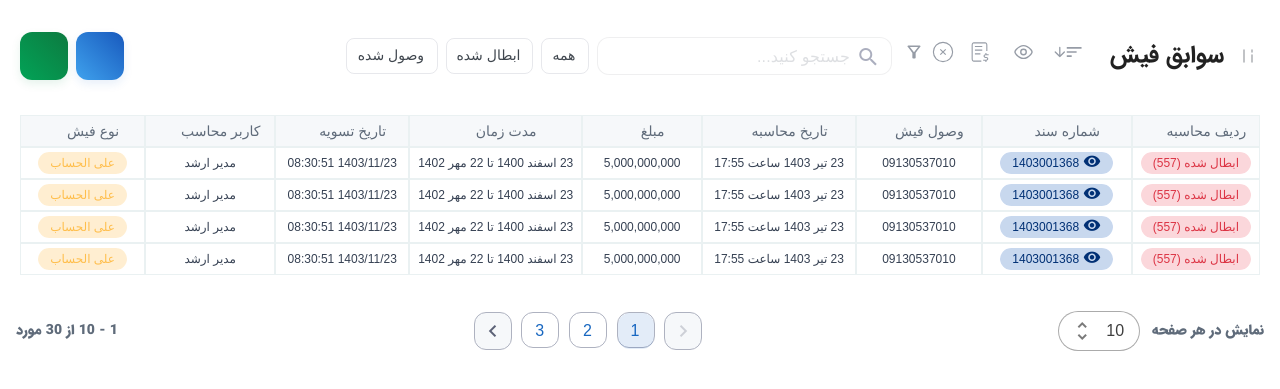
Repository: mobinazarein/data-table
Page: /
The author's editor kept a copy of each file at every save. The page is drawn from the files as they stood at one save, then again after the next save.
The browser window is 1280 px wide. The pictures show the whole page.
Some web fonts or font styles are not loaded; a fallback is used. The project was rebuilt for these pictures with package versions that can differ from the ones it lists, and the page was loaded fresh each time. Also part of the build but not shown: vue.config.js.

Above is the page before, as saved 2025-03-26 11:21:51.

After the next save:
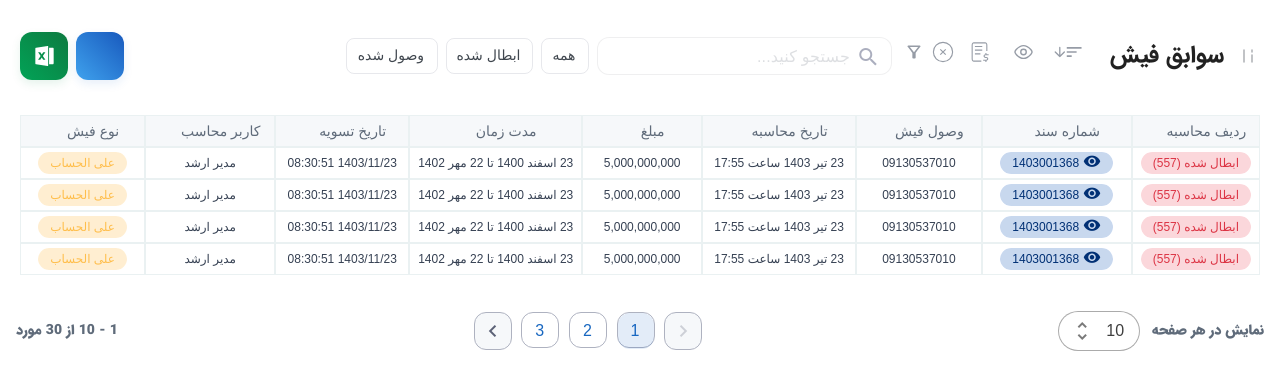
Saved 18 s later.
--- a/src/components/DataTable.vue
+++ b/src/components/DataTable.vue
@@ -107,6 +107,7 @@
 </template>
 <script setup>
 
+import ExcelIcon from '@/assets/Icons/ExcelIcon.vue';
 import { ref, computed } from 'vue';
 import { defineProps } from 'vue';
 const props = defineProps({
